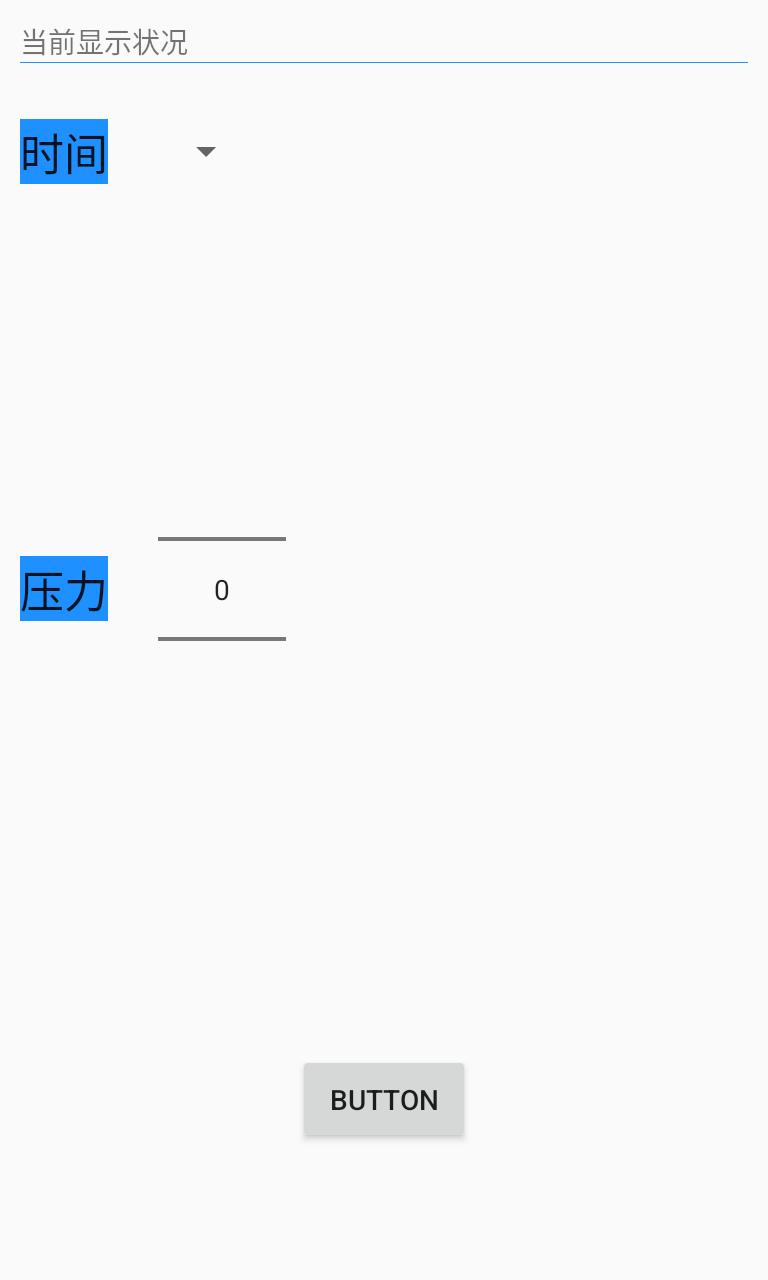
Repository: mimimy/MassagePro
Layout: BLE-Version/MassageTool/res/layout/base_pager.xml
The author's editor kept a copy of each file at every save. The layout is drawn from the files as they stood at one save, then again after the next save.
It is drawn on a 768 x 1280 px phone screen (xhdpi) without system bars, with theme AppTheme; the app's code is not run.

Above is the layout before, as saved 2018-07-29 01:25:11.

### BLE-Version/MassageTool/res/layout/base_pager.xml
<LinearLayout xmlns:android="http://schemas.android.com/apk/res/android"
    xmlns:tools="http://schemas.android.com/tools"
    android:layout_width="match_parent"
    android:padding="20px"
    android:layout_height="fill_parent"
    android:orientation="vertical" >

    <TextView
        android:id="@+id/tv_show"
        android:layout_width="match_parent"
        android:layout_height="wrap_content"
        android:layout_gravity="center_vertical"
        android:text="当前显示状况" />
      <TextView
        android:background="#1E90FF"
        android:layout_width="fill_parent"
        android:layout_height="1px"/>

    <LinearLayout
        android:layout_width="match_parent"
        android:layout_height="wrap_content"
        android:orientation="horizontal"
        android:gravity="center_vertical"
        android:layout_weight="1">

        <TextView
            android:id="@+id/textView2"
            android:layout_width="wrap_content"
            android:layout_height="wrap_content"
            android:background="#1E90FF"
            android:textAppearance="?android:attr/textAppearanceLarge"
            android:text="时间" />

        <Spinner
            android:id="@+id/spinner_time"
            android:layout_marginLeft="50px"
            android:layout_width="wrap_content"
            android:layout_height="wrap_content"/>
    </LinearLayout>

    <LinearLayout
        android:layout_width="match_parent"
        android:layout_height="wrap_content"
        android:orientation="horizontal"
        android:gravity="center_vertical"
        android:layout_weight="3">


        <TextView
            android:id="@+id/textView3"
            android:background="#1E90FF"
            android:layout_width="wrap_content"
            android:layout_height="wrap_content"
            android:textAppearance="?android:attr/textAppearanceLarge"
            android:text="压力" />

        <NumberPicker
            android:id="@+id/picker_pressure"
            android:layout_marginLeft="50px"
            android:layout_width="wrap_content"
            android:layout_height="wrap_content" />
    </LinearLayout>

    <LinearLayout
        android:layout_width="fill_parent"
        android:layout_height="wrap_content"
        android:gravity="center"
        android:layout_weight="2">

        <Button
            android:id="@+id/button1"
            android:layout_width="wrap_content"
            android:layout_height="wrap_content"

            android:text="Button" />

    </LinearLayout>

</LinearLayout>

### BLE-Version/MassageTool/res/values/styles.xml
<resources>

    <!--
        Base application theme, dependent on API level. This theme is replaced
        by AppBaseTheme from res/values-vXX/styles.xml on newer devices.
    -->
    <style name="AppBaseTheme" parent="android:Theme.Light">
        <!--
            Theme customizations available in newer API levels can go in
            res/values-vXX/styles.xml, while customizations related to
            backward-compatibility can go here.
        -->
    </style>

    <!-- Application theme. -->
    <style name="AppTheme" parent="AppBaseTheme">
        <!-- All customizations that are NOT specific to a particular API-level can go here. -->

    </style>

     <style name="OverflowStyle">
         <item name="android:src">@drawable/blooth</item>
         <item name="android:actionOverflowButtonStyle">@style/OverflowStyle</item>
      </style>
</resources>

Loaded but not shown: BLE-Version/MassageTool/res/values-v11/styles.xml (common file); BLE-Version/MassageTool/res/values-v14/styles.xml (common file)

After the next save:
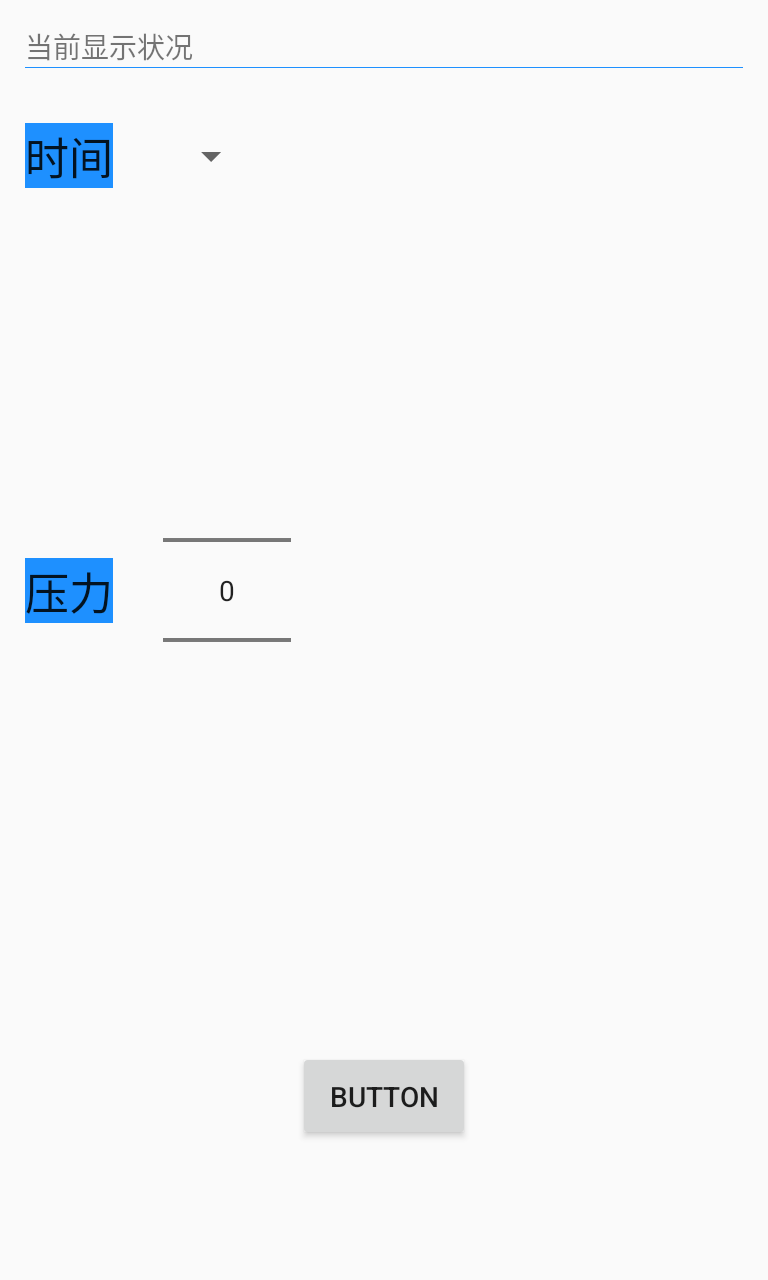
Saved 29 s later.
--- a/BLE-Version/MassageTool/res/layout/base_pager.xml
+++ b/BLE-Version/MassageTool/res/layout/base_pager.xml
@@ -1,7 +1,7 @@
 <LinearLayout xmlns:android="http://schemas.android.com/apk/res/android"
     xmlns:tools="http://schemas.android.com/tools"
     android:layout_width="match_parent"
-    android:padding="20px"
+    android:padding="25px"
     android:layout_height="fill_parent"
     android:orientation="vertical" >
 
